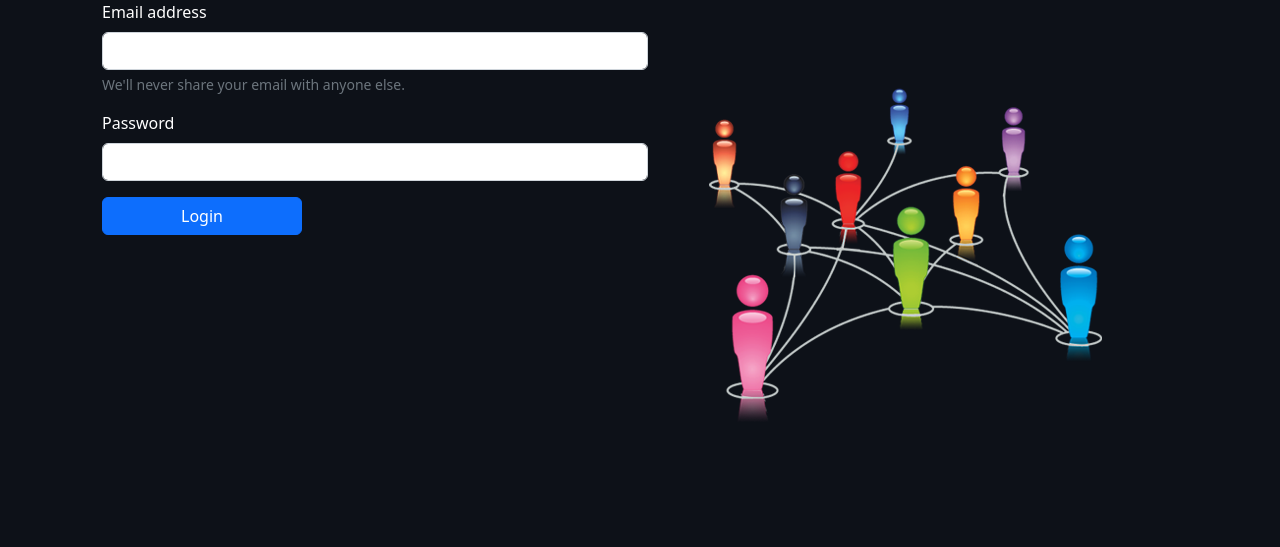
Repository: jaseem1999/sdCommunity
Page: http://localhost/sdCommunity/Login.jsp
The author's editor kept a copy of each file at every save. The page is drawn from the files as they stood at one save, then again after the next save.
The browser window is 1280 px wide. The pictures show the whole page.
The page is served by Tomcat 9. Other server files are loaded and not shown.

Above is the page before, as saved 2023-09-24 08:56:15.

### sdCommunity/src/main/webapp/Login.jsp
<%@ page language="java" contentType="text/html; charset=ISO-8859-1"
    pageEncoding="ISO-8859-1"%>
<!DOCTYPE html>
<html>
<head>
<meta charset="ISO-8859-1">
<title>Insert title here</title>
<title>Insert title here</title>
<link rel="stylesheet" href="./css/style.css">
<link href="https://cdn.jsdelivr.net/npm/bootstrap@5.2.3/dist/css/bootstrap.min.css" rel="stylesheet" integrity="sha384-rbsA2VBKQhggwzxH7pPCaAqO46MgnOM80zW1RWuH61DGLwZJEdK2Kadq2F9CUG65" crossorigin="anonymous">
<script src="https://cdn.jsdelivr.net/npm/bootstrap@5.2.3/dist/js/bootstrap.bundle.min.js" integrity="sha384-kenU1KFdBIe4zVF0s0G1M5b4hcpxyD9F7jL+jjXkk+Q2h455rYXK/7HAuoJl+0I4" crossorigin="anonymous"></script>

<style type="text/css">

	.container{

	}
	label, input{
		margin-left: 20px;
		margin-right: 10px;
		width: 200px;

	}
	button {
		margin-left: 20px;
		margin-right: 10px;
		width: 200px;

	}
	.form-text{
		margin-left: 20px;
		margin-right: 10px;
	}

</style>

</head>
<body class="bdy">

	<div class="container ">

<%
			String message = request.getParameter("message");
			if (message != null && message.equals("Failed")){
				out.print("<div class='alert alert-danger' role='alert'>Login Failed...<br>Try again...</div>");
			}else{
				out.print("");
			}
%>

			  <div class="row">
			    <div class="col">
			      <form  action="LoginServlet.jsp">
					  <div class="mb-3">
					    <label for="exampleInputEmail1"  class="form-label">Email address</label>
					    <input type="email" class="form-control" id="exampleInputEmail1" aria-describedby="emailHelp" name="email">
					    <div id="emailHelp" class="form-text">We'll never share your email with anyone else.</div>
					  </div>
					  <div class="mb-3">
					    <label for="exampleInputPassword1" class="form-label">Password</label>
					    <input type="password" class="form-control" id="exampleInputPassword1" name="password">
					  </div>
					  <button type="submit" class="btn btn-primary">Login</button>
				 </form>

			    </div>
			    <div class="col">
			 	 	<img alt="" src="./css/img/socialNetwork.png">
			    </div>
			   </div>
    </div>



</body>
</html>

### sdCommunity/src/main/webapp/css/style.css
@charset "ISO-8859-1";
.bdy{
 		background-color: #0d1118;
		color: white;
 }
.heading-possision{
 		position: relative;
 		top : 100px;

 }
 .heading-style{
 		 color: #64ffda;
    		font-size: 38px;
    		margin: 0 0 20px;

 	}
 	.animate-charcter
	{
	  background-image: linear-gradient(
	    -225deg,
	    #231557 0%,
	    #44107a 29%,
	    #ff1361 67%,
	    #fff800 100%
	  );
	  background-size: auto auto;
	  background-clip: border-box;
	  background-size: 200% auto;
	  color: #fff;
	  background-clip: text;
	  text-fill-color: transparent;
	  -webkit-background-clip: text;
	  -webkit-text-fill-color: transparent;
	  animation: textclip 2s linear infinite;
	  display: inline-block;
	      font-size: 60px;
	}

	@keyframes textclip {
	  to {
	    background-position: 200% center;
	  }
	}
 	.homeFirstImgBanner{
	    height: 282px;
	    position: relative;
	    top: 137px;
	    left: 0px;
	    background: #243d3852;
	    border: 1px solid color(srgb 0.55 0.91 0.71 / 0.26);
	    z-index: 100;
	    border-block-width: t;
	    border-block-width: 6px;
 	}
 	.homeFirstImg{
 		width: 284px;
    	height: 282px;
    	position: relative;
    	top: 85px;
    	left: 0px;
    	z-index: 1;
 	}

 	#homeThirdPart{
 		height: 400px;
    	background-image: url(./img/sn2..png);
    	/* background-repeat: no-repeat; */
    	/* background-position: center; */
   		 background-size: cover;
 	}
 	@import url('https://fonts.googleapis.com/css2?family=Alfa+Slab+One&display=swap');


.homeThredContent {
  background-color:  #1a1c1f00;
  display: flex;
  justify-content: center;
  align-items: center;
  min-height: 20vh;
}
.waviy {
  position: relative;
  -webkit-box-reflect: below -20px linear-gradient(transparent, rgba(0,0,0,.2));
  font-size: 28px;
}
.waviy span {
  font-family: 'Alfa Slab One', cursive;
  position: relative;
  display: inline-block;
  color: #fff;
  text-transform: uppercase;
  animation: waviy 1s infinite;
  animation-delay: calc(.1s * var(--i));

}
@keyframes waviy {
  0%,40%,100% {
    transform: translateY(0)
  }
  20% {
    transform: translateY(-20px)
  }
}

.world{
	background-image: url("./css/img/globe.webp");
		background-repeat: no-repeat;
    	background-position: center;
    	background-size: cover;
 		width: 100%;
    	height: auto;
}

After the next save:
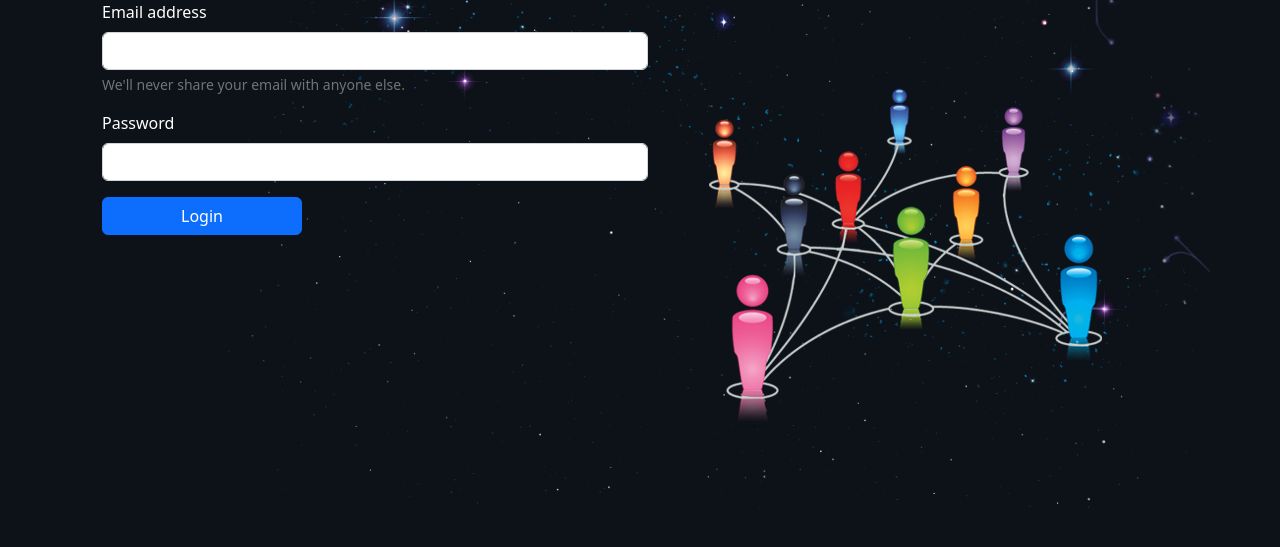
Saved 35 s later.
--- a/sdCommunity/src/main/webapp/Login.jsp
+++ b/sdCommunity/src/main/webapp/Login.jsp
@@ -13,7 +13,12 @@
 <style type="text/css">
 
 	.container{
-
+		background-image: url("./css/img/bg-stars-1.webp");
+		background-repeat: no-repeat;
+    	background-position: center;
+    	background-size: cover;
+ 		width: 100%;
+    	height: auto;
 	}
 	label, input{
 		margin-left: 20px;
